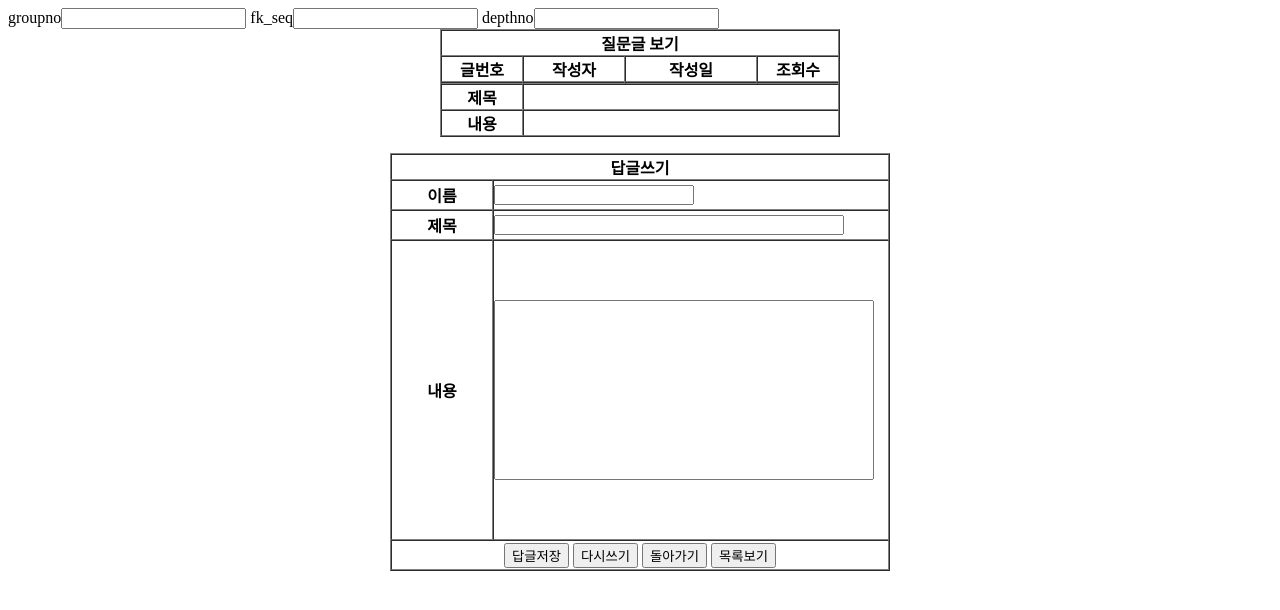
Repository: xx10222/STS_MVC2_Board
Page: http://localhost/project2/WEB-INF/views/board/replyView.jsp
These files come from the project's save history. The page is drawn as it stood at one moment and after the next save; the edit follows.
The browser window is 1280 px wide. The pictures show the whole page.
Some web libraries are served in a nearby version. The page is served by Tomcat 9. Nobody is signed in. Other server files are loaded and not shown. The template is opened directly, without the code that normally fills it, so the values that code supplies are empty.

Above is the page before, as saved 2020-05-27 10:40:25.

### project2/src/main/webapp/WEB-INF/views/board/replyView.jsp
<%@ page language="java" contentType="text/html; charset=UTF-8" pageEncoding="UTF-8"%>
<%@ taglib uri="http://java.sun.com/jsp/jstl/core" prefix="c" %>
<%@ taglib prefix="fmt" uri="http://java.sun.com/jsp/jstl/fmt"%>
<! DOCTYPE html PUBLIC "-//W3C//DTD HTML 4.01 Transitional//EN" "http://www.w3.org/TR/html4/loose.dtd">
<html>
   <head>
      <script src="//cdnjs.cloudflare.com/ajax/libs/jquery/3.2.1/jquery.min.js"></script>
       <title>게시판</title>
   </head>
   <script type="text/javascript">
      $(document).ready(function(){
         var formObj = $("form[name='replyForm']");
         //목록보기
         $(".list_btn").on("click", function(){
            event.preventDefault();
            location.href = "/board/list";
         })
         //답글저장
         $(".reply_btn").on("click", function(){
            if(fn_valiChk()){
               return false;
            }
            formObj.attr("action", "/board/reply");
            formObj.attr("method", "post");
            formObj.submit();
         })
         /*다시쓰기
         $(".rewrite_btn").on("click", function(){
            event.preventDefault();
             location.href = "/board/replyView";
         })*/
         //돌아가기
         $(".cancel_btn").on("click", function(){
            event.preventDefault();
            location.href = "/board/updateView?bno=${reply.bno}";
         })
      })

      function fn_valiChk(){
         var listForm = $("form[name='listForm'] .chk").length;
         for(var i = 0; i<listForm; i++){
            if($(".chk").eq(i).val() == "" || $(".chk").eq(i).val() == null){
               alert($(".chk").eq(i).attr("title"));
               return true;
            }
         }
      }
      function numberMaxLength(e){
          if(e.value.length > e.maxLength){
              e.value = e.value.slice(0, e.maxLength);
          }
      }
   </script>

   <body>

      <div id="root">

         <section id="container">
            <form name="replyForm" role="form" method="post" action="/board/reply">
               <input type="hidden" name="bno" value="${reply.bno}" readonly="readonly"/>

               <label>groupno</label><input type="number" name="groupno" value="${reply.groupno}" readonly="readonly"/>
               <label>fk_seq</label><input type="number" name="fk_seq" value="${reply.fk_seq}" readonly="readonly"/>
               <label>depthno</label><input type="number" name="depthno" value="${reply.depthno}" readonly="readonly"/>

               <table align="center" width="400" cellpadding="0" cellspacing="0" border="1">
                  <tr><th colspan = "4" align="center">질문글 보기</th></tr>
                  <tr>
                     <th align="center">글번호</th>
                     <th align="center">작성자</th>
                     <th align="center">작성일</th>
                     <th align="center">조회수</th>
                  </tr>
                  <tr>
                      <td align="center" width="80"><c:out value="${reply.bno}" /></td>
                     <td align="center" width="100"><c:out value="${reply.writer}" /></td>
                     <td align="center" width="130">
                           <fmt:formatDate value="${reply.regdate}" pattern="yyyy-MM-dd HH:mm:ss"/>
                     </td>
                     <td align="center" width="80"><c:out value="${reply.hit}" /></td>
                  </tr>
                    <tr>
                       <th>제목</th>
                       <td colspan = "3">
                           <c:out value=" ${reply.title}"/>
                        </td>
                     </tr>
                     <tr>
                        <th>내용</th>
                       <td colspan = "3">
                           <c:out value=" ${reply.content}"/>
                        </td>
                     </tr>
               </table>
            </form>

            <form name="replyForm" method="post" action="/board/reply">
               <input type="hidden" name="groupno" value="${reply.groupno}" readonly="readonly"/>
               <input type="hidden" name="fk_seq" value="${reply.bno}" readonly="readonly"/>
               <input type="hidden" name="depthno" value="${reply.depthno+1}" readonly="readonly"/>
               <table align="center" width="500" cellpadding="0" cellspacing="0" border="1">
                  <tr><th colspan = "2" align="center">답글쓰기</th></tr>
                      <tr>
                        <th align="center" width="100" height="30">이름</th>
                        <td>
                          <input style="width:200px;height:20px;" type="text" id="writer" name="writer" class="chk" title="작성자를 입력하세요."
                          maxlength="20" oninput="numberMaxLength(this);"/>
                        </td>
                     </tr>
                     <tr>
                        <th align="center" width="100" height="30">제목</th>
                        <td>
                           <input style="width:350px;height:20px; type="text" id="title" name="title" class="chk" title="제목을 입력하세요."/>
                        </td>
                     </tr>
                     <tr>
                        <th align="center" width="100" height="300">내용</th>
                        <td>
                           <textarea style="resize: none; width:380px;height:180px; id="content" name="content" class="chk" title="내용을 입력하세요."></textarea>
                        </td>
                     </tr>

                     <tr><th colspan="4" align="center" height="30">
                        <div>
                     		<button type="submit" class="reply_btn">답글저장</button>
                     		<button type="reset">다시쓰기</button>
                           <button type="submit" class="cancel_btn">돌아가기</button>
                           <button type="submit" class="list_btn">목록보기</button>
                        </div>
                     </tr>
               </table>
            </form>
         </section>
      </div>
   </body>
</html>

After the next save:
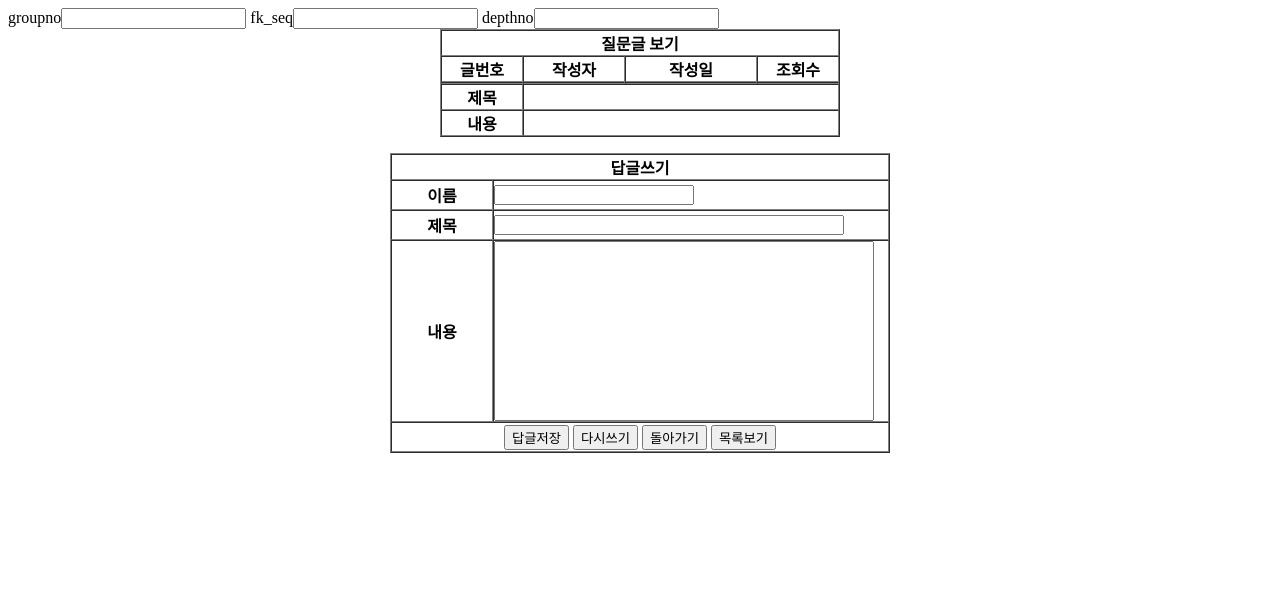
Saved 4 s later.
--- a/project2/src/main/webapp/WEB-INF/views/board/replyView.jsp
+++ b/project2/src/main/webapp/WEB-INF/views/board/replyView.jsp
@@ -115,7 +115,7 @@
                         </td>
                      </tr>
                      <tr>
-                        <th align="center" width="100" height="300">내용</th>
+                        <th align="center" width="100" height="180">내용</th>
                         <td>
                            <textarea style="resize: none; width:380px;height:180px; id="content" name="content" class="chk" title="내용을 입력하세요."></textarea>
                         </td>
